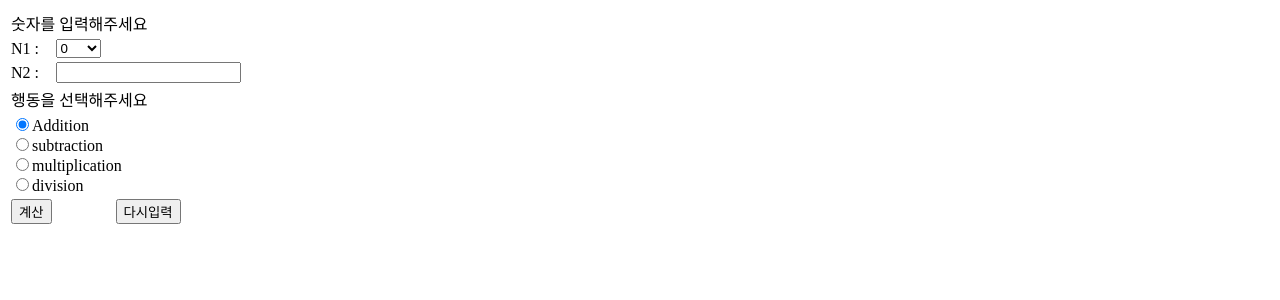
Repository: HyeogDo/Study_Java
Page: http://localhost/JSP/Quiz_08.jsp
The author's editor kept a copy of each file at every save. The page is drawn from the files as they stood at one save, then again after the next save.
The browser window is 1280 px wide. The pictures show the whole page.
The page is served by Tomcat 9.

Above is the page before, as saved 2022-03-16 08:02:59.

### JSP/JSP/src/main/webapp/Quiz_08.jsp
<%@ page language="java" contentType="text/html; charset=UTF-8"
    pageEncoding="UTF-8"%>
<!DOCTYPE html>
<html>
	<head>
		<meta charset="UTF-8">
		<title>Insert title here</title>
	</head>
	<body>
		<form action="Quiz_08_result.jsp" method="get">
			<table>
				<tr>
					<td colspan="2">숫자를 입력해주세요</td>
				</tr>
				<tr>
					<td>N1 : </td>
					<td>
						<select name="num1">
							<option value="0">0</option>
							<%
								for (int i = 0; i <= 100; i++) {
									out.print("<option value=" + i + "> " + i + "</option>");
								}
							%>
						</select>
					</td>
				</tr>
				<tr>
					<td>N2 : </td>
					<td><input type="text" name="num2" ></td>
				</tr>
				<tr>
					<td colspan="2">행동을 선택해주세요</td>
				</tr>
				<tr>
					<td colspan="2">
						<input type="radio" name="calculator" value="addition" checked="checked" >Addition<br>
						<input type="radio" name="calculator" value="subtraction" >subtraction<br>
						<input type="radio" name="calculator" value="multiplication" >multiplication<br>
						<input type="radio" name="calculator" value="division" >division<br>
					</td>
				</tr>
				<tr>
					<td><input type="submit" value="계산"></td>
					<td align="center"><input type="reset" value="다시입력"></td>
				</tr>


			</table>
		</form>
	</body>
</html>

After the next save:
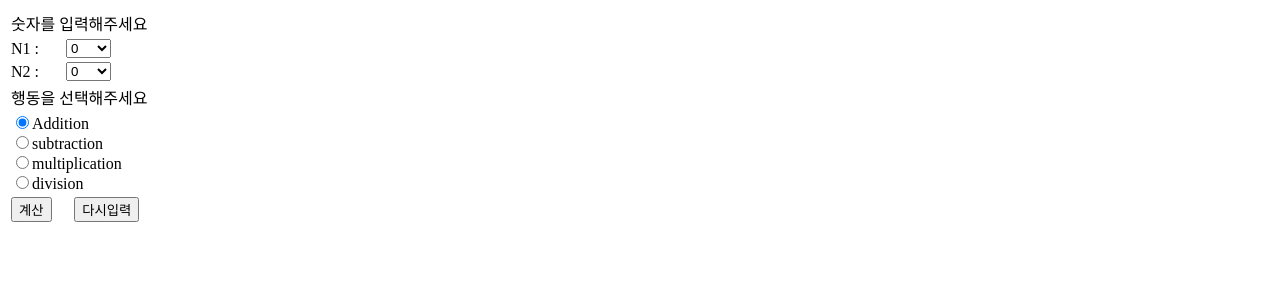
Saved 59 s later.
--- a/JSP/JSP/src/main/webapp/Quiz_08.jsp
+++ b/JSP/JSP/src/main/webapp/Quiz_08.jsp
@@ -16,7 +16,6 @@
 					<td>N1 : </td>
 					<td>
 						<select name="num1">
-							<option value="0">0</option>
 							<%
 								for (int i = 0; i <= 100; i++) {
 									out.print("<option value=" + i + "> " + i + "</option>");
@@ -27,7 +26,15 @@
 				</tr>
 				<tr>
 					<td>N2 : </td>
-					<td><input type="text" name="num2" ></td>
+					<td>
+						<select name="num1">
+							<%
+								for (int i = 0; i <= 100; i++) {
+									out.print("<option value=" + i + "> " + i + "</option>");
+								}
+							%>
+						</select>
+					</td>
 				</tr>
 				<tr>
 					<td colspan="2">행동을 선택해주세요</td>
